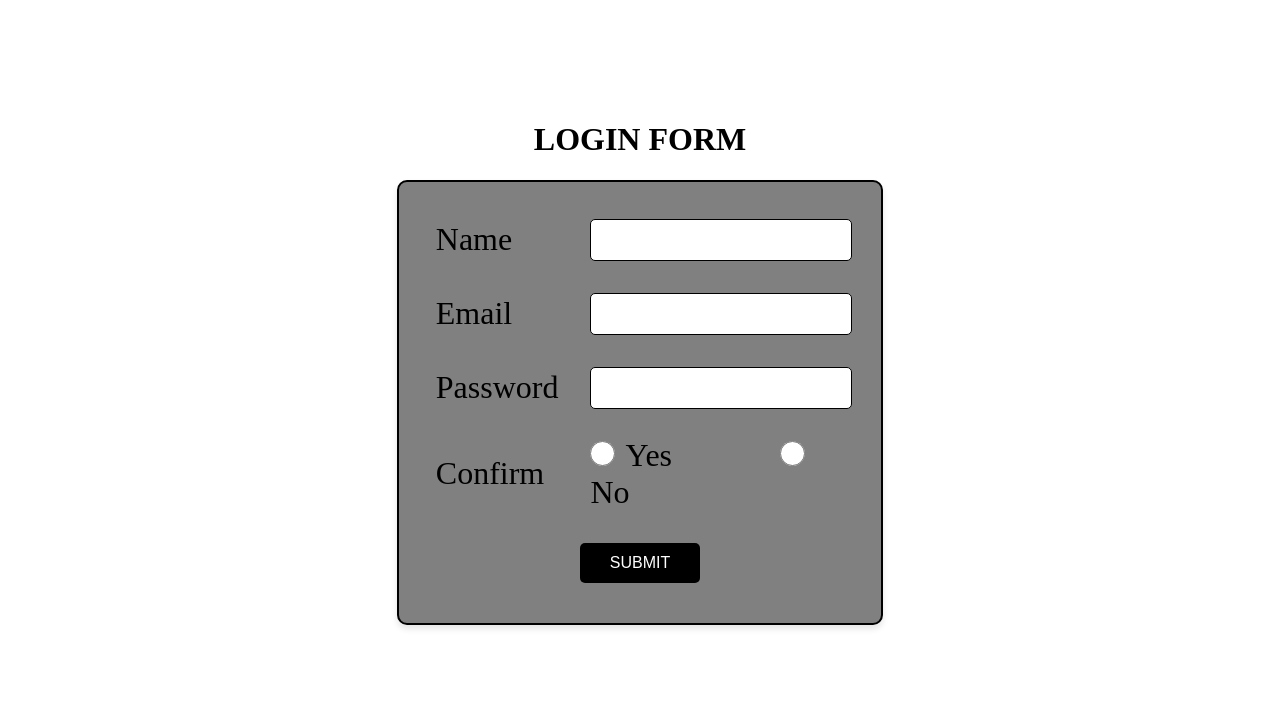
Repository: obusakthi539/Loginform
Page: Form.html
The author's editor kept a copy of each file at every save. The page is drawn from the files as they stood at one save, then again after a run of saves.
The browser window is 1280 px wide. The pictures show the whole page.

Above is the page before, as saved 2025-01-11 14:24:46.

### Form.html
<!DOCTYPE html>
<html lang="en">
<head>
    <meta charset="UTF-8">
    <meta name="viewport" content="width=device-width, initial-scale=1.0">
    <title>Document</title>
    <style>
        body {
            display: flex;
            flex-direction: column;
            align-items: center;
            justify-content: center;
            margin-top: 100px;
        }
        .a {
            background-color: gray;
            font-size: xx-large;
            width: 35%;
            display: flex;
            flex-direction: column;
            padding: 20px;
            border: 2px solid black;
            border-radius: 10px;
            box-shadow: 0px 4px 6px rgba(0, 0, 0, 0.1);
        }
        .a input {
            width: 250px;
            height: 30px;
            margin: 5px 0;
            border: 1px solid black;
            border-radius: 5px;
            padding: 5px;
        }
        #i {
            width: 25px;
            height: 25px;
            margin-right: 10px;
        }
        button {
            display: block;
            margin: 20px auto;
            width: 120px;
            height: 40px;
            background-color: black;
            color: white;
            border: none;
            border-radius: 5px;
            cursor: pointer;
            font-size: medium;
        }
        button:hover {
            background-color: darkgray;
        }
        table {
            margin: 0 auto;
        }
        table td {
            padding: 10px 15px; /* Add padding for spacing */
        }
    </style>
</head>
<body>
    <h1>LOGIN FORM</h1>
    <div class="a">
        <form action="">
            <table>
                <tr>
                    <td><label for="">Name</label></td>
                    <td><input type="text"></td>
                </tr>
                <tr>
                    <td><label for="">Email</label></td>
                    <td><input type="email"></td>
                </tr>
                <tr>
                    <td><label for="">Password</label></td>
                    <td><input type="password"></td>
                </tr>
                <tr>
                    <td><label for="">Confirm</label></td>
                    <td>
                        <input type="radio" name="a" id="i">Yes
                        <input type="radio" name="a" id="i" style="margin-left: 100px;">No
                    </td>
                </tr>
            </table>
            <button type="submit">SUBMIT</button>
        </form>
    </div>
</body>
</html>

After the next 2 saves:
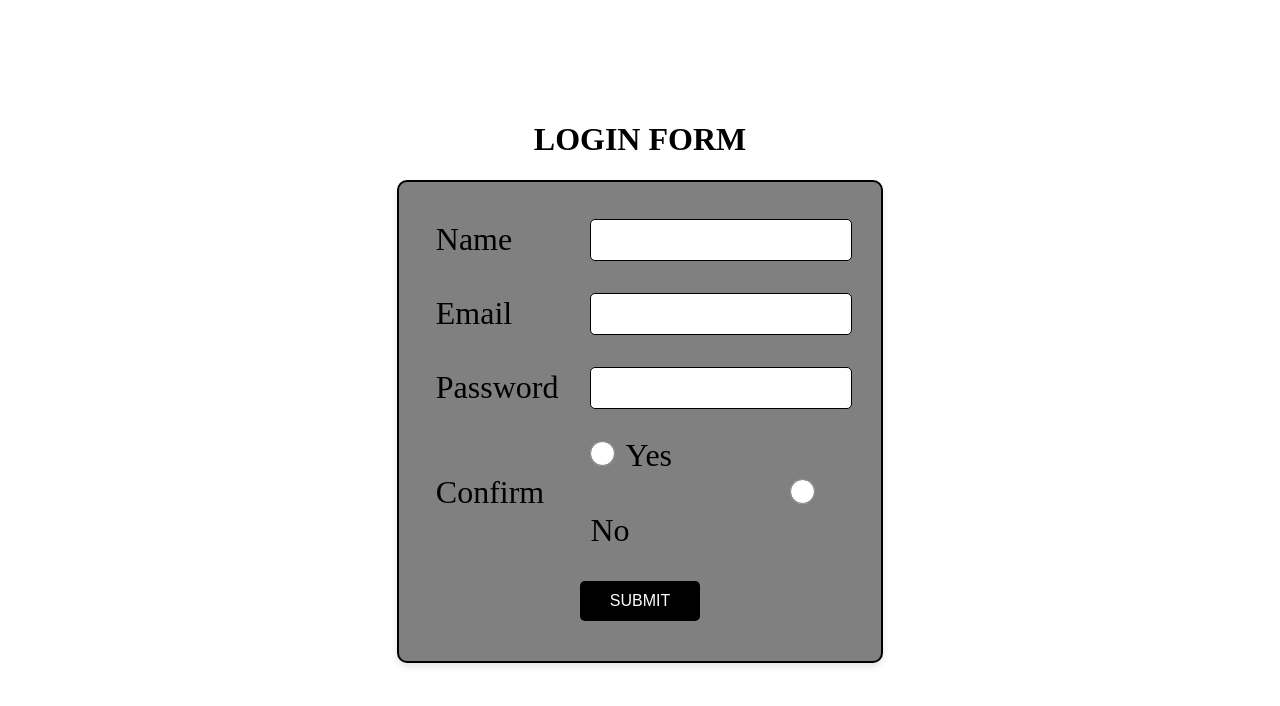
The 2 saves are shown as one change because they came seconds apart.
The last was saved 14 s later.
--- a/Form.html
+++ b/Form.html
@@ -80,7 +80,7 @@
                     <td><label for="">Confirm</label></td>
                     <td>
                         <input type="radio" name="a" id="i">Yes
-                        <input type="radio" name="a" id="i" style="margin-left: 100px;">No
+                        <input type="radio" name="a" id="i" style="margin-left: 200px;">No
                     </td>
                 </tr>
             </table>
